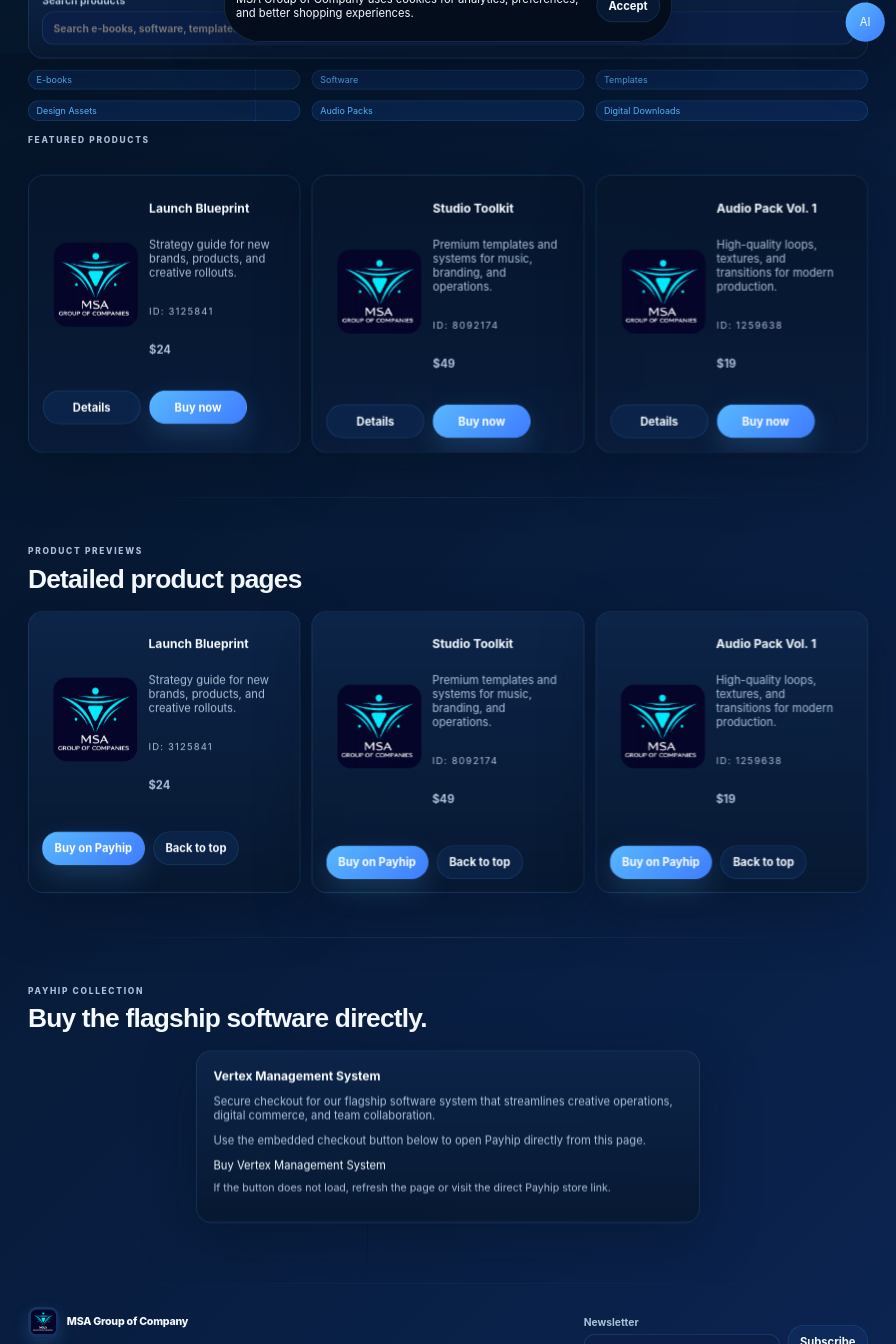
Repository: wifiasert/MSA-Group-of-Company
Page: store/index.html
These files come from the project's save history. The page is drawn as it stood at one moment and after the next save; the edit follows.
The browser window is 1280 px wide. The pictures show the part of the page from y = 644 to 2564 px (the page is 2659 px tall before and 2261 px after), at 70% of full size.

Above is the page before, as saved 2026-07-18 04:05:52.

After the next save:
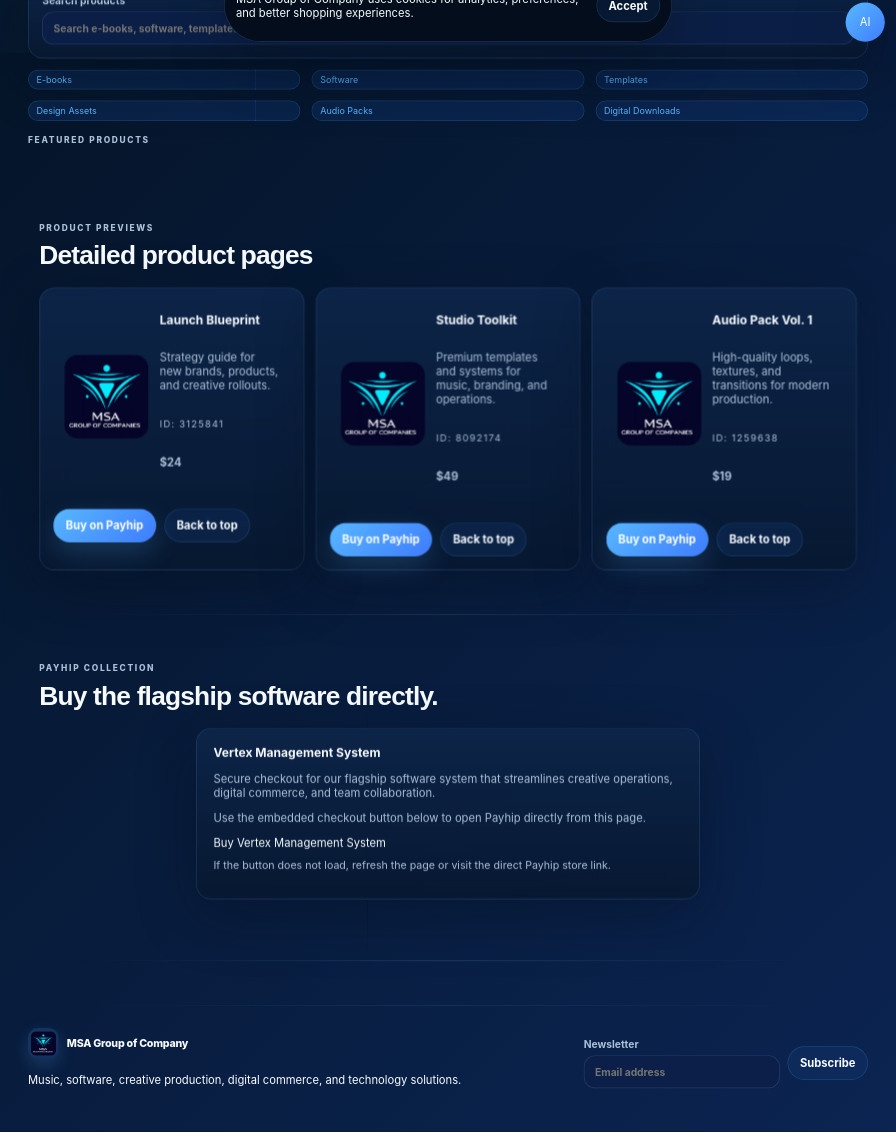
Saved 5 min 19 s later.
--- a/store/index.html
+++ b/store/index.html
@@ -250,19 +250,7 @@
             }
           ]
         },
-        {
-          "@type": "OfferCatalog",
-          "name": "Software Store",
-          "itemListElement": [
-            {
-              "@type": "Offer",
-              "itemOffered": {
-                "@type": "Service",
-                "name": "Software Store"
-              }
-            }
-          ]
-        },
+
         {
           "@type": "OfferCatalog",
           "name": "App Development",
@@ -305,7 +293,7 @@
       <div class="nav-links" id="navLinks">
         <div class="nav-item"><a href="../about/">About</a></div>
         <div class="nav-item"><a href="../music/">Music</a><div class="submenu"><a href="../music/record-label/">Record Label</a><a href="../music/distribution/">Distribution</a><a href="../music/publishing/">Publishing</a><a href="../music/artist-services/">Artist Services</a></div></div>
-        <div class="nav-item"><a href="../software/">Software</a><div class="submenu"><a href="../software/available/">Available</a><a href="../software/store/">Store</a><a href="../software/coming-soon/">Coming Soon</a></div></div>
+        <div class="nav-item"><a href="../software/">Software</a><div class="submenu"><a href="../software/available/">Available</a><a href="../software/coming-soon/">Coming Soon</a></div></div>
         <div class="nav-item"><a href="../services/">Services</a></div>
         <div class="nav-item"><a href="../store/">Store</a></div>
         <div class="nav-item"><a href="../portfolio/">Portfolio</a></div>
@@ -338,30 +326,7 @@
         <span class="chip">E-books</span><span class="chip">Software</span><span class="chip">Templates</span><span class="chip">Design Assets</span><span class="chip">Audio Packs</span><span class="chip">Digital Downloads</span>
       </div>
       <div class="section-heading"><p class="eyebrow">Featured products</p></div>
-      <div class="card-grid">
-        <article class="glass-card product-card">
-          <a class="product-link" href="#payhip-collection">
-            <div class="product-image"><img loading="lazy" src="../images/logo%20n%20copy.jpg" alt="Launch Blueprint preview"></div>
-            <div class="product-copy"><h3>Launch Blueprint</h3><p>Strategy guide for new brands, products, and creative rollouts.</p><p class="product-code">ID: 3125841</p><p><strong>$24</strong></p></div>
-          </a>
-          <div class="hero-actions"><a class="secondary-button" href="#payhip-collection">Details</a><a class="primary-button" href="https://payhip.com/b/5Ug1p" target="_blank" rel="noopener">Buy now</a></div>
-        </article>
-        <article class="glass-card product-card">
-          <a class="product-link" href="#payhip-collection">
-            <div class="product-image"><img loading="lazy" src="../images/logo%20n%20copy.jpg" alt="Studio Toolkit preview"></div>
-            <div class="product-copy"><h3>Studio Toolkit</h3><p>Premium templates and systems for music, branding, and operations.</p><p class="product-code">ID: 8092174</p><p><strong>$49</strong></p></div>
-          </a>
-          <div class="hero-actions"><a class="secondary-button" href="#payhip-collection">Details</a><a class="primary-button" href="https://payhip.com/b/noxdg" target="_blank" rel="noopener">Buy now</a></div>
-        </article>
-        <article class="glass-card product-card">
-          <a class="product-link" href="#payhip-collection">
-            <div class="product-image"><img loading="lazy" src="../images/logo%20n%20copy.jpg" alt="Audio Pack Vol. 1 preview"></div>
-            <div class="product-copy"><h3>Audio Pack Vol. 1</h3><p>High-quality loops, textures, and transitions for modern production.</p><p class="product-code">ID: 1259638</p><p><strong>$19</strong></p></div>
-          </a>
-          <div class="hero-actions"><a class="secondary-button" href="#payhip-collection">Details</a><a class="primary-button" href="https://payhip.com/b/YL2QW" target="_blank" rel="noopener">Buy now</a></div>
-        </article>
-      </div>
-    </section>
+
     <section class="section reveal">
       <div class="section-heading"><p class="eyebrow">Product previews</p><h2>Detailed product pages</h2></div>
       <div class="card-grid">
